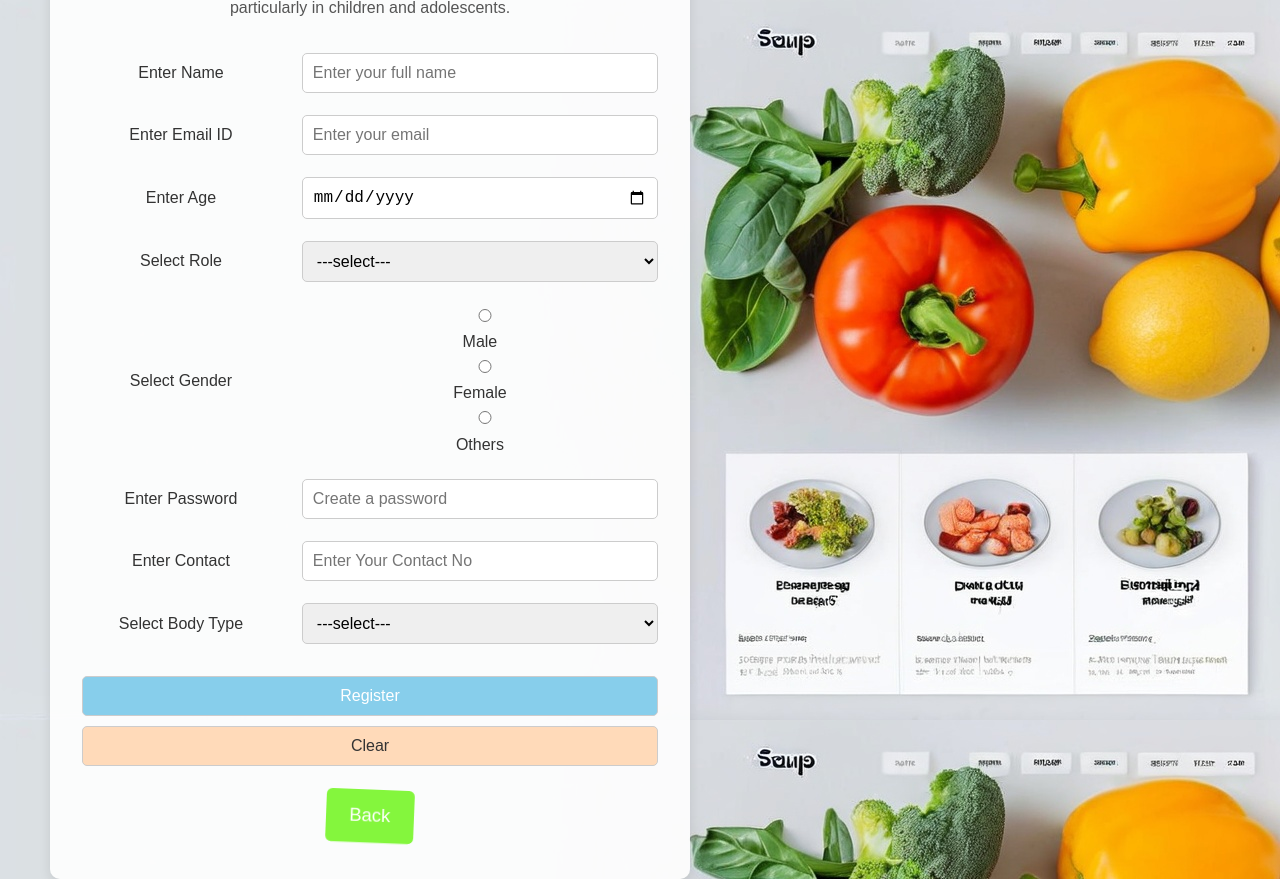
Repository: chaitanyasivathmika/NutrientDiet
Page: http://localhost/NutrientDiet/userreg.jsp
These files come from the project's save history. The page is drawn as it stood at one moment and after the next save; the edit follows.
The browser window is 1280 px wide. The pictures show the whole page.
The page is served by Tomcat 10.

Above is the page before, as saved 2024-11-17 04:51:09.

After the next save:
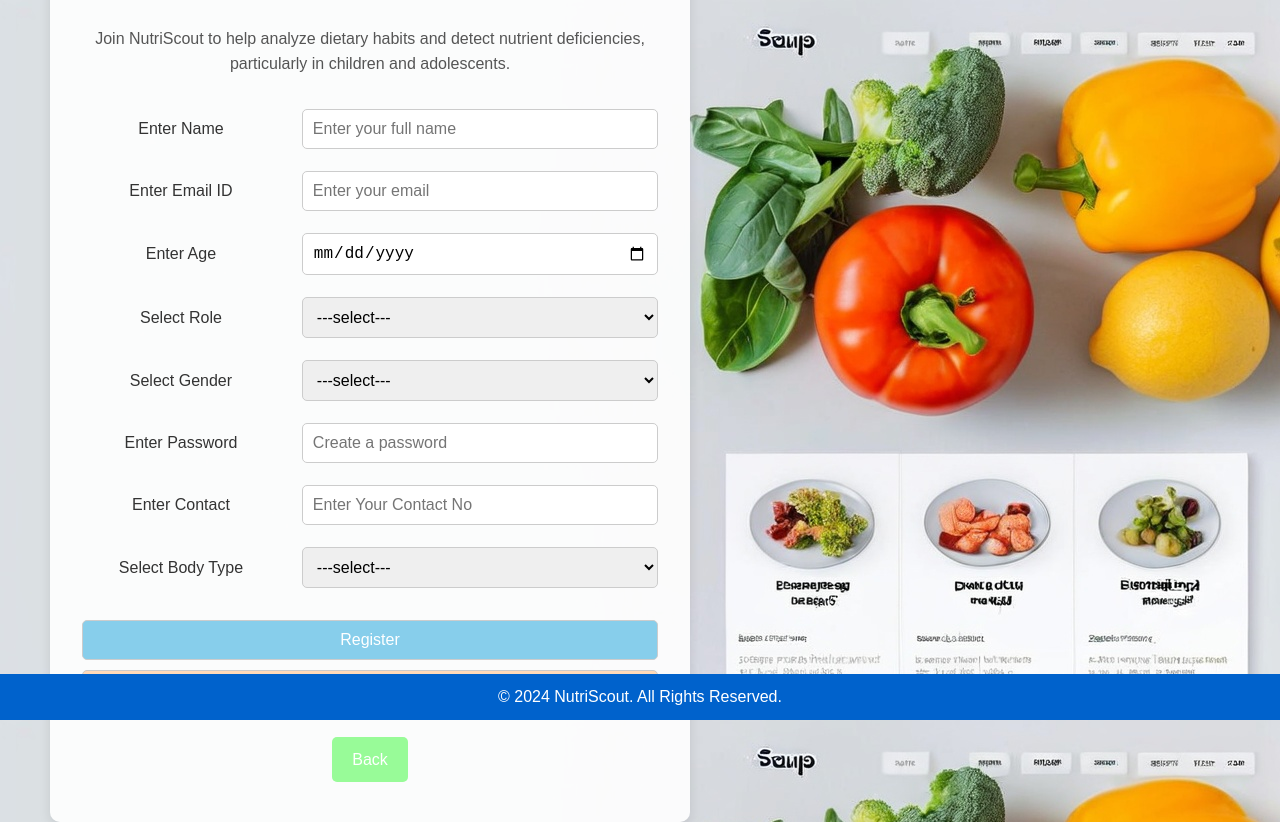
Saved 105 s later.
--- a/NutrientDiet/src/main/webapp/userreg.jsp
+++ b/NutrientDiet/src/main/webapp/userreg.jsp
@@ -20,12 +20,11 @@
             margin: 0;
         }
 
-        /* Center the form in the left corner */
         main {
             padding: 40px 20px;
             max-width: 600px;
             margin-left: 50px;
-            background-color: rgba(255, 255, 255, 0.9); /* Add transparency */
+            background-color: rgba(255, 255, 255, 0.9);
             box-shadow: 0 4px 12px rgba(0, 0, 0, 0.1);
             border-radius: 10px;
             text-align: center;
@@ -60,8 +59,8 @@
             font-size: 16px;
             border: 1px solid #ccc;
             border-radius: 5px;
-            width: 100%; /* Ensure full width */
-            box-sizing: border-box; /* Include padding in width calculation */
+            width: 100%;
+            box-sizing: border-box;
         }
 
         .signup-form input:focus, .signup-form select:focus {
@@ -70,15 +69,15 @@
         }
 
         table {
-            width: 100%; /* Make table take full width */
+            width: 100%;
         }
 
         table td {
-            padding: 10px; /* Add padding for spacing */
+            padding: 10px;
         }
 
         .submit-btn {
-            background-color: #87CEEB; /* Light Blue */
+            background-color: #87CEEB;
             color: #fff;
             padding: 12px 20px;
             border: none;
@@ -90,11 +89,11 @@
         }
 
         .submit-btn:hover {
-            background-color: #5ba4cf; /* Slightly darker shade of blue */
+            background-color: #5ba4cf;
         }
 
         .clear-btn {
-            background-color: #FFDAB9; /* Light Peach */
+            background-color: #FFDAB9;
             color: #333;
             padding: 12px 20px;
             border: none;
@@ -106,12 +105,12 @@
         }
 
         .clear-btn:hover {
-            background-color: #fbb98e; /* Slightly darker peach */
+            background-color: #fbb98e;
         }
 
         .back-btn {
             display: inline-block;
-            background-color: #98FB98; /* Light Green */
+            background-color: #98FB98;
             color: white;
             padding: 10px 20px;
             border: none;
@@ -119,34 +118,9 @@
             cursor: pointer;
             font-size: 16px;
             margin-top: 15px;
-            transition: transform 0.2s ease, background-color 0.3s ease;
-            animation: crazyEffect 1.5s infinite alternate;
-            text-decoration: none; /* Removes underline for link */
-        }
-
-        /* Crazy color and size change animation for Back button */
-        @keyframes crazyEffect {
-            0% {
-                transform: rotate(0deg) scale(1);
-                background-color: #98FB98; /* Light Green */
-            }
-            50% {
-                transform: rotate(-15deg) scale(1.1);
-                background-color: #90EE90; /* Pale Green */
-            }
-            100% {
-                transform: rotate(15deg) scale(1.2);
-                background-color: #7CFC00; /* Lawn Green */
-            }
-        }
-
-        .back-btn:hover {
-            background-color: #76c77c; /* Slightly darker green */
-            transform: rotate(360deg) scale(1.3);
-            transition: transform 0.5s ease;
-        }
-
-        /* Footer */
+            text-decoration: none;
+        }
+
         footer {
             text-align: center;
             padding: 10px 0;
@@ -193,12 +167,12 @@
                     <tr>
                         <td><label>Select Gender</label></td>
                         <td>
-                            <input type="radio" id="male" name="ugender" value="MALE" required/>
-                            <label for="male">Male</label>
-                            <input type="radio" id="female" name="ugender" value="FEMALE" required/>
-                            <label for="female">Female</label>
-                            <input type="radio" id="others" name="ugender" value="OTHERS" required/>
-                            <label for="others">Others</label>
+                            <select id="ugender" name="ugender" required>
+                                <option value="">---select---</option>
+                                <option value="MALE">Male</option>
+                                <option value="FEMALE">Female</option>
+                                <option value="OTHERS">Others</option>
+                            </select>
                         </td>
                     </tr>
                     <tr>
@@ -216,7 +190,8 @@
                                 <option value="">---select---</option>
                                 <option value="Girl_Athletics">Girl Athletics</option>
                                 <option value="Girl_HourGlass">Girl HourGlass</option>
-                                <!-- Other options truncated for brevity -->
+                                <option value="M_Ectomorph">M Ectomorph</option>
+                                <!-- Add more options as needed -->
                             </select>
                         </td>
                     </tr>
@@ -233,6 +208,8 @@
         </section>
     </main>
 
-
+    <footer>
+        &copy; 2024 NutriScout. All Rights Reserved.
+    </footer>
 </body>
 </html>
